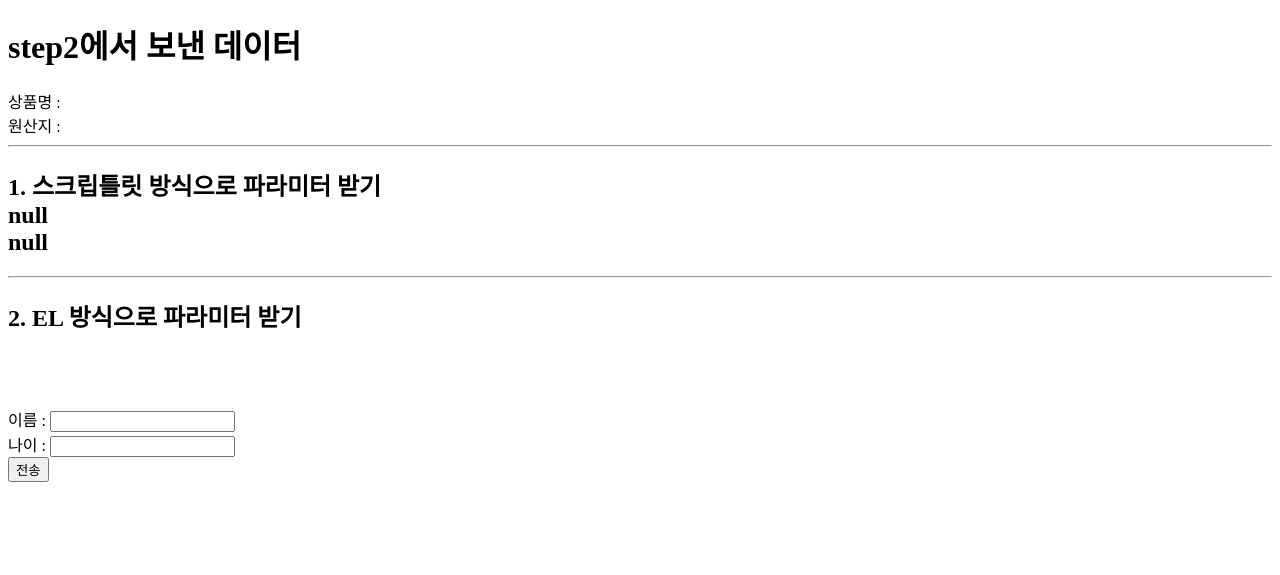
Repository: HaeunOh/study
Page: http://localhost/jstl_study/step-3.jsp
These files come from the project's save history. The page is drawn as it stood at one moment and after the next save; the edit follows.
The browser window is 1280 px wide. The pictures show the whole page.
The page is served by Tomcat 9.

Above is the page before, as saved 2024-04-11 03:16:01.

After the next save:
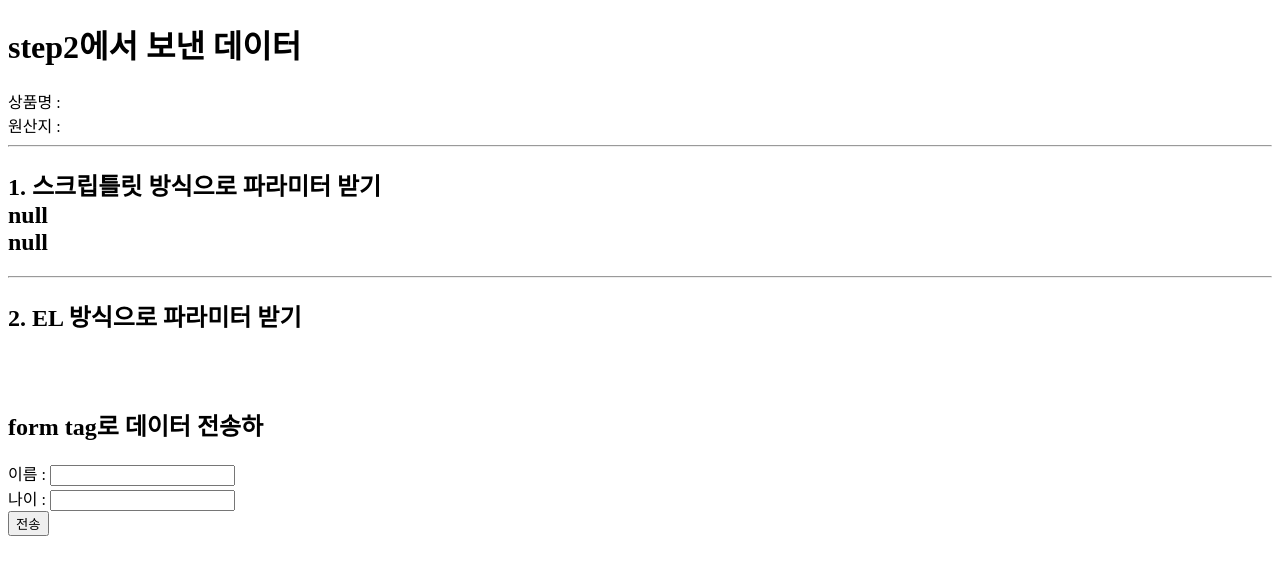
Saved 29 s later.
--- a/_jstl_workspace/jstl_study/src/main/webapp/step-3.jsp
+++ b/_jstl_workspace/jstl_study/src/main/webapp/step-3.jsp
@@ -28,6 +28,7 @@
 	<!-- form tag로 데이터 전송 -->
 	<!-- queryString 방식의 전송은 get방식으로 전송 -->
 	<!-- form tag 전송방식은 선택 가능, get/post 방식 중 선택 가능 -->
+	<h2>form tag로 데이터 전송하</h2>
 	<form action="step-4.jsp">
 	이름 : <input type="text" name="name"> <br>
 	나이 : <input type="text" name="age"> <br>
